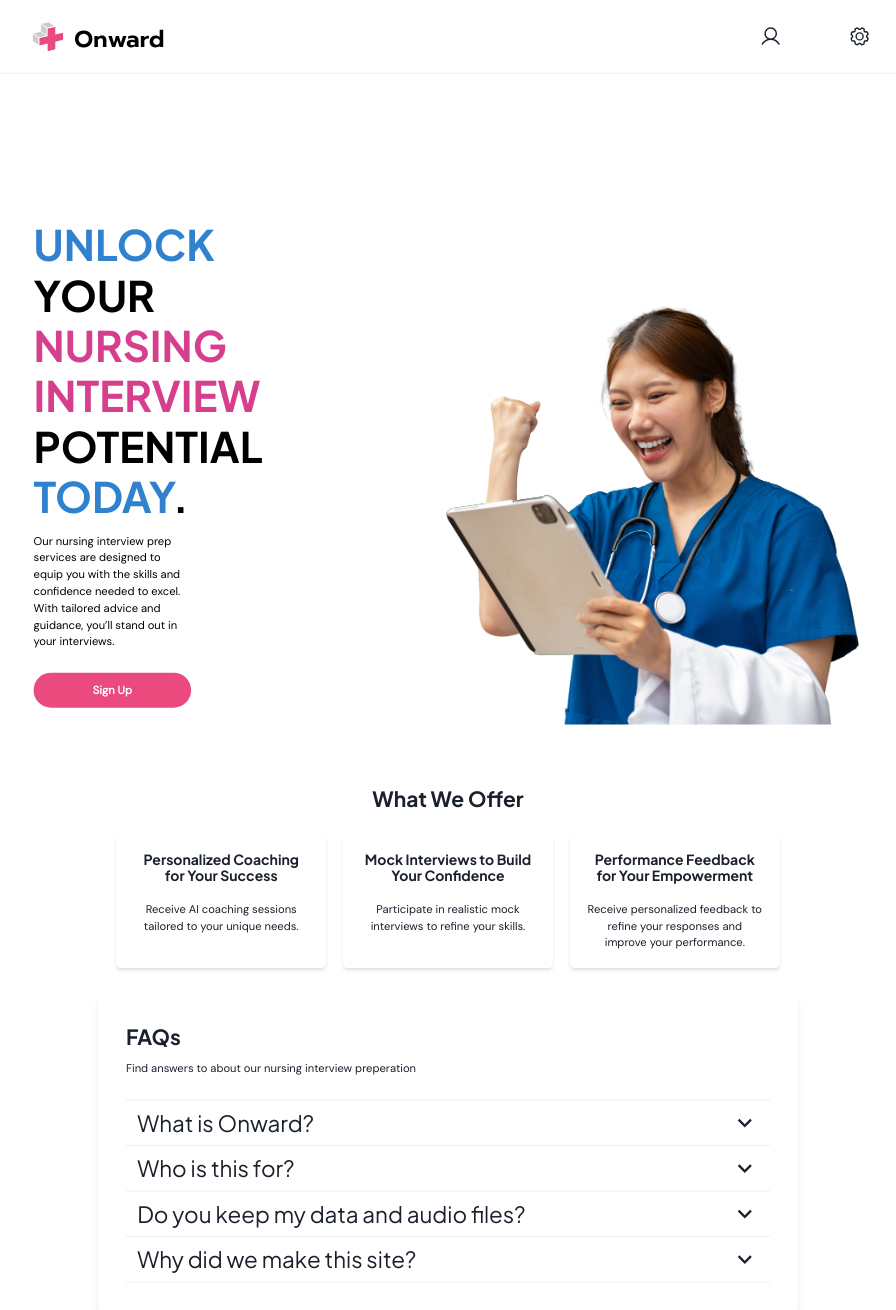
Repository: Aladdin3r/onward
Page: /landing-page
An editor plug-in stored every save of this project. The page is shown before and after the next save, followed by the edit.
The browser window is 1280 px wide. The pictures show the whole page, at 70% of full size.
The project was rebuilt for these pictures with package versions that can differ from the ones it lists, and the page was loaded fresh each time. The framework's server and built-in components were replaced by stand-ins that run in the browser. Also part of the build but not shown: next.config.mjs, styles/components/AppTopNav.js, styles/components/Layout.js.

Above is the page before, as saved 2024-10-29 02:28:02.

### pages/_app.js
import { ChakraProvider } from "@chakra-ui/react";
import theme from "@/styles/theme";

function MyApp({ Component, pageProps }) {
  return (
    <ChakraProvider theme={theme}>
      <Component {...pageProps} />
    </ChakraProvider>
  );
}

export default MyApp;

### pages/_document.js
import { Html, Head, Main, NextScript } from "next/document";

export default function Document() {
  return (
    <Html lang="en">
      <Head>
        <link
          href="https://fonts.googleapis.com/css2?family=DM+Sans:wght@400&family=Plus+Jakarta+Sans:wght@400;600;700&display=swap"
          rel="stylesheet"
        />
      </Head>
      <body>
        <Main />
        <NextScript />
      </body>
    </Html>
  );
}

### pages/landing-page.js
import {
    Box,
    Flex,
    Heading,
    Text,
    Stack,
    Button,
    Accordion,
    AccordionItem,
    AccordionButton,
    AccordionPanel,
    AccordionIcon,
    Image
} from "@chakra-ui/react";
import Layout from "@/styles/components/Layout";
import TopNav from "@/styles/components/TopNav";
import AppTopNav from "@/styles/components/AppTopNav";
import { useRouter } from 'next/router';

export default function Home() {
    const router = useRouter();

    // Button action function
    const handleSignUp = () => {
        router.push('/signup'); // Navigate to the sign-up page
    };

    return (
        <>
            {/* Hero Section */}
            <TopNav />
            <Box color="black" p={10} textAlign="left" mt="20">

                <Flex
                    mt="5rem"
                    p={2}
                    width="100%"
                    mb={0}
                    flexDirection="row"
                    alignItems="center"
                    justifyContent="space-between"
                    gap="2rem"  // Adds a gap between text and image
                >

                    <Flex
                        flexDirection="column" zIndex={1}
                    >
                        <Heading
                            fontFamily="heading"
                            fontSize="6xl"
                            fontWeight="bold"
                            width="68%"
                            mb={4}
                        >
                            <Text as="span" color="blue.500">UNLOCK </Text>
                            <Text as="span" color="black">YOUR </Text>
                            <Text as="span" color="pink.500">NURSING INTERVIEW </Text>
                            <Text as="span" color="black">POTENTIAL </Text>
                            <Text as="span" color="blue.500">TODAY</Text>
                            <Text as="span" color="black">. </Text>
                        </Heading>
                        <Text fontFamily="body" fontSize="x" color="black" mb={6} width="40%">
                            Our nursing interview prep services are designed to equip you with the skills and confidence needed to excel. With tailored advice and guidance, you’ll stand out in your interviews.
                        </Text>
                        <Button
                            mt="2"
                            bg="#EA4A7D"
                            color="#FFFFFF"
                            width="50%"
                            height="50px"
                            maxW="225px"
                            fontWeight="semibold"
                            fontSize="16px"
                            borderRadius="full"
                            px="6"
                            mb="6"
                        >
                            Sign Up
                        </Button>
                    </Flex>


                    <Box width="600px" flexShrink={0}>
                        <Image
                            src="/images/ipad-nurse.png"
                            alt="IPad Nurse"
                            width="100%"
                            height="auto"
                            objectFit="cover"
                            zIndex={2}
                            position="sticky"


                        />
                    </Box>


                </Flex>






            </Box>

            {/* What We Offer Section */}
            <Box p={10} textAlign="center" >
                <Heading fontFamily="heading" fontSize="3xl" mb={8}>What We Offer</Heading>
                <Flex justify="center" gap={6}>
                    <Stack width="300px" borderRadius="md" boxShadow="md" p={6} textAlign="center">
                        <Heading fontFamily="heading" fontSize="xl" mb={4}>Personalized Coaching for Your Success</Heading>
                        <Text fontFamily="body">
                            Receive AI coaching sessions tailored to your unique needs.
                        </Text>
                    </Stack>
                    <Stack width="300px" borderRadius="md" boxShadow="md" p={6} textAlign="center">
                        <Heading fontFamily="heading" fontSize="xl" mb={4}>Mock Interviews to Build Your Confidence</Heading>
                        <Text fontFamily="body">
                            Participate in realistic mock interviews to refine your skills.
                        </Text>
                    </Stack>
                    <Stack width="300px" borderRadius="md" boxShadow="md" p={6} textAlign="center">
                        <Heading fontFamily="heading" fontSize="xl" mb={4}>Performance Feedback for Your Empowerment</Heading>
                        <Text fontFamily="body">
                            Receive personalized feedback to refine your responses and improve your performance.
                        </Text>
                    </Stack>
                </Flex>
            </Box>

            {/* FAQ Section */}
            <Box p={10} borderRadius="md" boxShadow="lg" maxW="1000px" mx="auto">
                <Heading fontFamily="heading" fontSize="3xl" textAlign="left" mb={4}>FAQs</Heading>
                <Text fontFamily="body" fontSize="s" textAlign="left" mb={8}>
                    Find answers to about our nursing interview preperation
                </Text>
                <Accordion allowToggle>
                    <AccordionItem>
                        <h2>
                            <AccordionButton>
                                <Box as="span" flex="1" textAlign="left" fontFamily="heading">What is Onward?</Box>
                                <AccordionIcon />
                            </AccordionButton>
                        </h2>
                        <AccordionPanel pb={4} fontFamily="body">
                            Onward is an AI-powered personal interview coach designed for nurses to enhance their job interview skills.
                        </AccordionPanel>
                    </AccordionItem>
                    <AccordionItem>
                        <h2>
                            <AccordionButton>
                                <Box as="span" flex="1" textAlign="left" fontFamily="heading">Who is this for?</Box>
                                <AccordionIcon />
                            </AccordionButton>
                        </h2>
                        <AccordionPanel pb={4} fontFamily="body">
                            This service is designed for nurses, especially those new to the Canadian healthcare system.
                        </AccordionPanel>
                    </AccordionItem>
                    <AccordionItem>
                        <h2>
                            <AccordionButton>
                                <Box as="span" flex="1" textAlign="left" fontFamily="heading">Do you keep my data and audio files?</Box>
                                <AccordionIcon />
                            </AccordionButton>
                        </h2>
                        <AccordionPanel pb={4} fontFamily="body">
                            Yes, we securely store data as per our privacy policy to enhance your interview coaching experience.
                        </AccordionPanel>
                    </AccordionItem>
                    <AccordionItem>
                        <h2>
                            <AccordionButton>
                                <Box as="span" flex="1" textAlign="left" fontFamily="heading">Why did we make this site?</Box>
                                <AccordionIcon />
                            </AccordionButton>
                        </h2>
                        <AccordionPanel pb={4} fontFamily="body">
                            Onward aims to empower nurses by providing interview preparation tools tailored to their needs.
                        </AccordionPanel>
                    </AccordionItem>
                </Accordion>
            </Box>
        </>
    );
}

### styles/theme.js
import { extendTheme } from "@chakra-ui/react";
import { theme as chakraTheme } from "@chakra-ui/react";
import Button from './components/Button';
import { Stepper } from "@chakra-ui/react";

const fonts = {
    ...chakraTheme.fonts,
    body: "DM Sans",
    heading: "Plus Jakarta Sans",
}

const overrides = {
    ...chakraTheme,
    fonts,
    components: {
        Button: {
            ...Button,
        },
    },
    fontWeights: {
        normal: 400,
        medium: 500,
        bold: 700,
    },
    fontSizes: {
        xxs: "14pt",
        xs: "16pt",
        sm: "20pt",
        md: "24pt",
        lg: "32pt",
    },
    colors: {
       brand: {
        blushPink: "#EA4A7D",
        pastelBlue: "#CBD5FF",
        blueberryCreme: "#EBEFFF",
        frostWhite: "#FAFAFA",
        nightBlack: "#1f1f1f",
        platinum: "#e2e2e2",
        confirmationGreen: "#61CD3D",
        imperialRed: "EA4A4D",
        canaryYellow: "#EAE84A",
        oceanBlue: "#214DDF",
        pureWhite: "#FFFFFF"
        }
    },
    styles: {
        global: {
            body: {
                bg: "frostWhite",
            },
        },
    },
}

const customTheme = extendTheme(overrides);

export default customTheme;

### styles/components/TopNav.js
'use client'
import {
    Box,
    Flex,
    useColorModeValue,
    IconButton,
    Image,
    Link,
} from "@chakra-ui/react";
import { User, Gear } from "@phosphor-icons/react";

export default function TopNav() {
    const bgColor = useColorModeValue('#fff', 'brand.nightBlack');

    return (
        <Box bg={bgColor} px={4} borderBottom="1px solid #E6EAF2">
            <Flex h={"104px"} alignItems={'center'} justifyContent={'space-between'}>
                <Box fontSize={{ base: 'md', md: 'lg' }}>
                    <Link href="/">
                        <Image src="logo.svg" boxSize="253px" alt="Onward Logo" style={{ padding: "30px" }} />
                    </Link>
                </Box>
                <Flex alignItems={'center'}>
                    <Link href="/user">
                        <IconButton
                            aria-label="User settings"
                            icon={<User />}
                            variant="ghost"
                            mr="55px"
                        />
                    </Link>
                    <Link href="/settings">
                        <IconButton
                            aria-label="Settings"
                            icon={<Gear />}
                            variant="ghost"
                        />
                    </Link>
                </Flex>
            </Flex>
        </Box>
    );
}

### styles/components/Button.js
const Button = {
    baseStyle: {
      display: 'flex',
      borderRadius: '999px',
      fontFamily: 'DM Sans',
      _hover: {
        boxShadow: '0px 4px 4px 0px rgba(0, 0, 0, 0.45)',
      },
      padding: 3,
    },
    sizes: {
      xs: {
        fontSize: ['12pt', '14pt', '16pt'], // Responsive font sizes for xs
        px: [2, 3], // Responsive padding
      },
      sm: {
        fontSize: ['14pt', '16pt', '20pt'],
        px: [2, 4],
      },
      md: {
        fontSize: ['16pt', '20pt', '24pt'],
        px: [3, 5],
      },
      lg: {
        fontSize: ['20pt', '28pt', '32pt'],
        px: [4, 6],
      },
    },
    variants: {
      lgPrimary: {
        bg: 'brand.blushPink',
        color: 'brand.frostWhite',
        width: ['100%', '325px'], // 100% width on smaller screens
        height: '72px',
        fontSize: ['20pt', '28pt', '32pt'], // Responsive font size
        borderRadius: '999px',
      },
      mdPrimary: {
        bg: 'brand.blushPink',
        color: 'brand.frostWhite',
        width: ['100%', '225px'],
        height: '72px',
        fontSize: ['16pt', '20pt', '24pt'],
        borderRadius: '999px',
      },
      smPrimary: {
        bg: 'brand.blushPink',
        color: 'brand.frostWhite',
        width: ['100%', '150px'],
        height: '64px',
        fontSize: ['14pt', '16pt', '20pt'],
        borderRadius: '999px',
      },
      xsPrimary: {
        bg: 'brand.blushPink',
        color: 'brand.frostWhite',
        width: ['100%', '117px'],
        height: '32px',
        fontSize: ['12pt', '14pt', '18pt'],
        borderRadius: '999px',
      },
      lgSecondary: {
        bg: 'brand.platinum',
        color: 'brand.nightBlack',
        width: ['100%', '325px'],
        height: '72px',
        fontSize: ['20pt', '28pt', '32pt'],
        borderRadius: '999px',
        _hover: {
          bg: 'brand.blushPink',
          color: 'brand.frostWhite',
          boxShadow: '0px 4px 4px 0px rgba(0, 0, 0, 0.45)',
        },
      },
      mdSecondary: {
        bg: 'brand.platinum',
        color: 'brand.nightBlack',
        width: ['100%', '225px'],
        height: '72px',
        fontSize: ['16pt', '20pt', '24pt'],
        borderRadius: '999px',
        _hover: {
          bg: 'brand.blushPink',
          color: 'brand.frostWhite',
          boxShadow: '0px 4px 4px 0px rgba(0, 0, 0, 0.45)',
        },
      },
      smSecondary: {
        bg: 'brand.platinum',
        color: 'brand.nightBlack',
        width: ['100%', '150px'],
        height: '64px',
        fontSize: ['14pt', '16pt', '20pt'],
        borderRadius: '999px',
        _hover: {
          bg: 'brand.blushPink',
          color: 'brand.frostWhite',
          boxShadow: '0px 4px 4px 0px rgba(0, 0, 0, 0.45)',
        },
      },
      xsSecondary: {
        bg: 'brand.platinum',
        color: 'brand.nightBlack',
        width: ['100%', '117px'],
        height: '32px',
        fontSize: ['12pt', '14pt', '18pt'],
        borderRadius: '999px',
        _hover: {
          bg: 'brand.blushPink',
          color: 'brand.frostWhite',
          boxShadow: '0px 4px 4px 0px rgba(0, 0, 0, 0.45)',
        },
      },
    },
  };

  export default Button;

### styles/components/SideNav.js
import { useState } from "react";
import PropTypes from "prop-types";
import Link from "next/link";
import { Box, Flex, Text, VStack, Image } from "@chakra-ui/react";
import { ChalkboardTeacher, ClockCounterClockwise, UserSound, Presentation, User, Gear } from "@phosphor-icons/react";

// Define each variant and associated icon, label, and path(s)
const variants = {
  default: {
    label: "Dashboard",
    icon: <UserSound size={32} />,
    path: "/"
  },
  variant2: {
    label: "Mock Interview",
    icon: <ChalkboardTeacher size={32} />,
    path: "/mock-interview"
  },
  variant3: {
    label: "Practice Interview",
    icon: <Presentation size={32} />,
    path: [
      "/practice-interview",
      "/practice-interview-filter",
      "/practice-interview-questions",
      "/practice-interview-answer",
      "/practice"
    ]
  },
  variant4: {
    label: "History",
    icon: <ClockCounterClockwise size={32} />,
    path: "/history"
  },
};

// Define the bottom section items with default values
const defaultBottomVariants = {
  account: {
    label: "Account",
    icon: <User size={18} />,
    path: "/account"
  },
  settings: {
    label: "Settings",
    icon: <Gear size={18} />,
    path: "/settings"
  },
  signOut: {
    label: "Sign Out",
    icon: null,
    path: "/"
  }
};

// Main SideNavBar component
export const SideNavBar = ({ activeVariant, bottomVariants = defaultBottomVariants }) => {
  return (
    <Flex
      bg="brand.blueberryCreme"
      height="100vh"
      width="280px"
      position="fixed"
      flexDir="column"
    >
      {/* logo box */}
      <Box fontSize={{ base: 'sm', md: 'md' }} mt="1rem">
        <Link href="/">
          <Image src="logo.svg" alt="Onward Logo" style={{ padding: "0.6rem" }} width="100%" />
        </Link>
      </Box>

      {/* nav menu */}
      <Box mt="1.5rem" overflow="hidden">
        <VStack align="flex-start" spacing={2} width="100%" ml="10%">
          {variants && Object.keys(variants).map((variant) => {
            const isActive = activeVariant === variant;
            return (
              <Link href={Array.isArray(variants[variant].path) ? variants[variant].path[0] : variants[variant].path} key={variant} passHref>
                <Flex
                  align="center"
                  cursor="pointer"
                  width="280px"
                  bg={isActive ? "brand.blushPink" : "none"} // Active background
                  color={isActive ? "brand.frostWhite" : "initial"} // Active text color
                  p={3}
                  borderLeftRadius="26px"
                  transition="transform 0.5s ease-in-out, background-color 0.4s, color 0.4s"
                  _hover={{
                    bg: "brand.blushPink",
                    color: "brand.frostWhite",
                    borderRadius: "26px 0 0 26px",
                    transition: "background-color 0.3s, transform 0.3s",
                  }}
                >
                  <Box pl={isActive ? "5rem" : 0} mr={4}>
                    {variants[variant].icon}
                  </Box>
                  <Text fontFamily="body" fontSize="18px" fontWeight="bold">
                    {variants[variant].label}
                  </Text>
                </Flex>
              </Link>
            );
          })}
        </VStack>
      </Box>

      {/* Bottom Section for Account, Settings, and Sign Out Links */}
      <Box mb={2} mt="13rem" width="100%">
        <VStack width="100%" align="flex-end">
          {bottomVariants && Object.keys(bottomVariants).map((variant) => {
            const isActive = activeVariant === variant;
            return (
              <Link
                href={bottomVariants[variant].path}
                key={variant}
                passHref
              >
                <Flex
                  align="center"
                  cursor="pointer"
                  width="100%"
                  height="1.3rem"
                  bg={isActive ? "brand.blushPink" : "none"} // Active background
                  color={isActive ? "brand.frostWhite" : "initial"} // Active text color
                  borderRadius="md"
                  pr="1.5rem"
                  transition="transform 0.3s ease-in-out, background-color 0.3s, color 0.3s"
                  _hover={{
                    color: "brand.blushPink",
                    borderRadius: "26px 0 0 26px",
                    transition: "background-color 0.3s, transform 0.3s",
                  }}
                >

                  <Box mr={3}>
                    {bottomVariants[variant].icon}
                  </Box>
                  <Text fontFamily="body" fontSize="18px" fontWeight="regular" textAlign="left"
                    textDecoration={variant === 'signOut' ? 'underline' : 'none'}
                  >
                    {bottomVariants[variant].label}
                  </Text>
                </Flex>
              </Link>
            );
          })}
        </VStack>
      </Box>
    </Flex>
  );
};

SideNavBar.propTypes = {
  activeVariant: PropTypes.oneOf(["variant4", "variant2", "variant3", "default"]),
  bottomVariants: PropTypes.object, // Define bottomVariants as an optional object
};

SideNavBar.defaultProps = {
  bottomVariants: {},
};

After the next save:
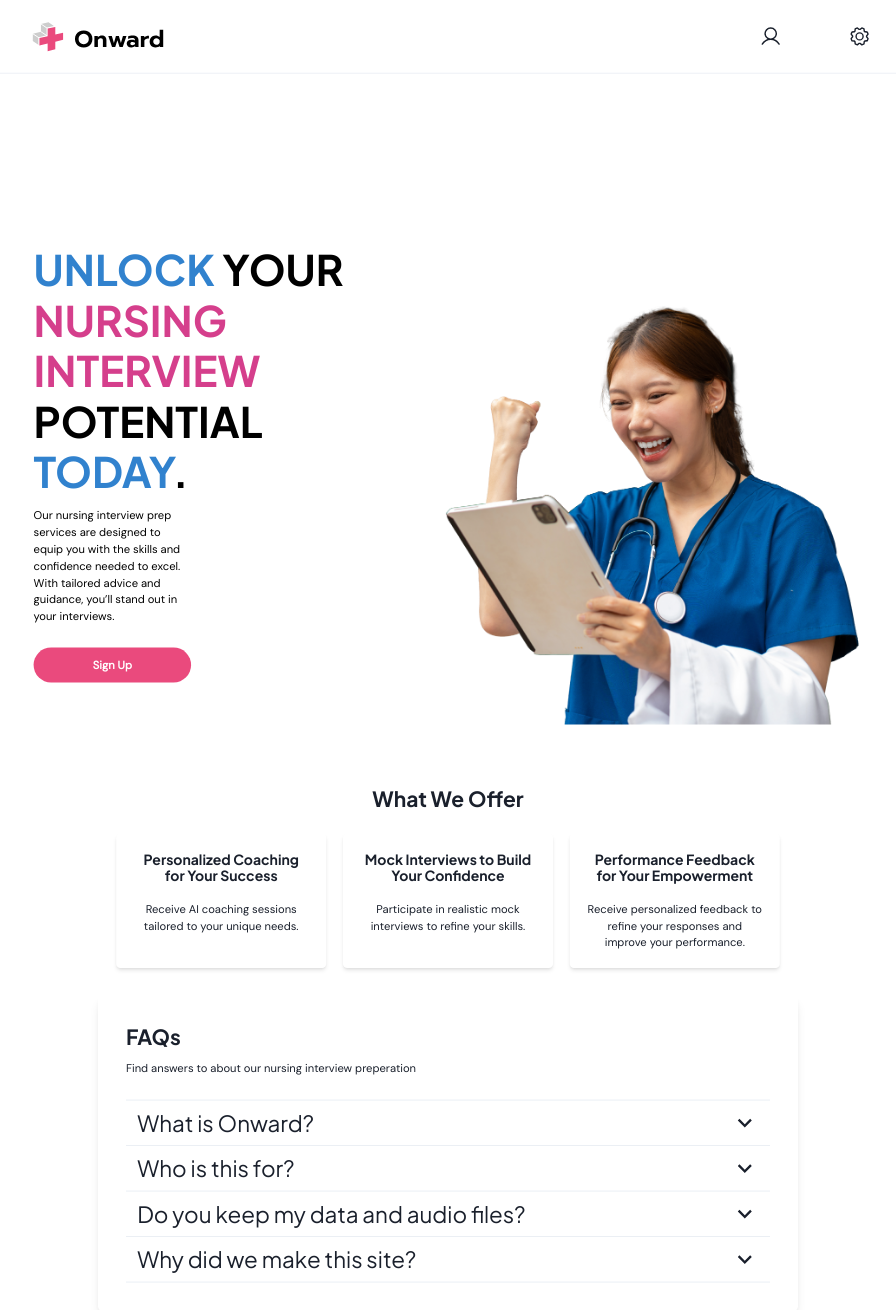
Saved 18 s later.
--- a/pages/landing-page.js
+++ b/pages/landing-page.js
@@ -49,7 +49,7 @@ export default function Home() {
                             fontFamily="heading"
                             fontSize="6xl"
                             fontWeight="bold"
-                            width="68%"
+                            width="88%"
                             mb={4}
                         >
                             <Text as="span" color="blue.500">UNLOCK </Text>
